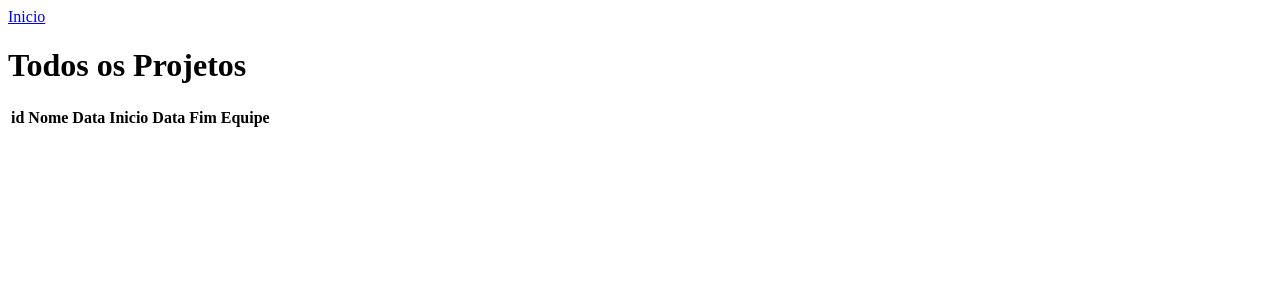
Repository: OmagnetFirel/basico-javaweb
Page: http://localhost/DEVManager/ListarTodosProjetos?np=/listarProjetos.jsp
An editor plug-in stored every save of this project. The page is shown before and after the next save, followed by the edit.
The browser window is 1280 px wide. The pictures show the whole page.
The page is served by Tomcat 9. Other server files are loaded and not shown. Queries for data that is not in the repository find no rows.

Above is the page before, as saved 2023-04-23 17:57:03.

### DEVManager/src/main/webapp/listarProjetos.jsp
<%@ page language="java" contentType="text/html; charset=ISO-8859-1"
    pageEncoding="ISO-8859-1"%>
    <%@ taglib uri="http://java.sun.com/jsp/jstl/core" prefix="c" %>
<!DOCTYPE html>
<html>
<head>
<meta charset="ISO-8859-1">
<title>DM - Todos os projetos</title>
</head>
<body>
	<div>
		<a href="/index.html">Inicio</a>
		<h1>Todos os Projetos</h1>
	</div>

	<table>
		<tr>
			<th>id</th>
			<th>Nome</th>
			<th>Data Inicio</th>
			<th>Data Fim</th>
			<th>Equipe</th>
		</tr>

		<c:forEach var="projeto" items="${projetos}">
			<tr>
				<td>
					${projeto.id}
				</td>
				<td>
					${projeto.nome}
				</td>
				<td>
					${projeto.dataInicio}
				</td>
				<td>
					${projeto.dataFim}
				</td>
				<td>
					${projeto.equipe.nome}
				</td>
			</tr>
		</c:forEach>


	</table>
</body>
</html>

### DEVManager/src/main/java/br/devmanager/controller/ListarTodosProjetos.java
package br.devmanager.controller;

import java.io.IOException;
import java.sql.SQLException;
import java.util.List;

import javax.servlet.RequestDispatcher;
import javax.servlet.ServletException;
import javax.servlet.annotation.WebServlet;
import javax.servlet.http.HttpServlet;
import javax.servlet.http.HttpServletRequest;
import javax.servlet.http.HttpServletResponse;

import br.devmanager.dao.ProjetoDao;
import br.devmanager.model.Projeto;


@WebServlet("/ListarTodosProjetos")
public class ListarTodosProjetos extends HttpServlet {
	private static final long serialVersionUID = 1L;

    public ListarTodosProjetos() {
        super();
    }


	protected void doGet(HttpServletRequest request, HttpServletResponse response) throws ServletException, IOException {
		ProjetoDao pjDAO = new ProjetoDao();
		List<Projeto> projetos = null;
		try {
			projetos = pjDAO.buscarTodos();
		} catch (SQLException e) {
			e.printStackTrace();
		}

		String np = request.getParameter("np");
		request.setAttribute("projetos", projetos);
		RequestDispatcher rd = request.getRequestDispatcher(np);
		rd.forward(request, response);
	}


	protected void doPost(HttpServletRequest request, HttpServletResponse response) throws ServletException, IOException {
		doGet(request, response);
	}

}

### DEVManager/src/main/java/br/devmanager/dao/ProjetoDao.java
package br.devmanager.dao;
import java.util.List;
import java.util.ArrayList;
import java.sql.Connection;
import java.sql.PreparedStatement;
import java.sql.ResultSet;
import java.sql.SQLException;

import br.devmanager.model.Projeto;

public class ProjetoDao {
	private Connection con = null;

	public ProjetoDao() {
		con = ConnectionFactory.getConnection();
	}

	public void adicionar(Projeto projeto) throws SQLException {
		String sql = "insert into projeto(nome, data_inicio, data_fim, equipe_id) values (?,?,?,?)";
		PreparedStatement stmt = con.prepareStatement(sql);

		java.sql.Date data_inicio_Convertida = null;
		try {
			data_inicio_Convertida = new java.sql.Date(projeto.getDataInicio().getTime());
		}catch (Exception e) {
			// TODO: handle exception
		}

		java.sql.Date data_fim_Convertida = null;
		try {
			data_fim_Convertida = new java.sql.Date(projeto.getDataFim().getTime());
		}catch (Exception e) {
			// TODO: handle exception
		}
		stmt.setString(1, projeto.getNome());
		stmt.setDate(2, data_inicio_Convertida);
		stmt.setDate(3, data_fim_Convertida);
		stmt.setInt(4, projeto.getEquipe().getId());

		stmt.execute();
		stmt.close();
		con.close();
	}

	public Projeto buscarUm(int id) throws SQLException{

		String sql = "select id, nome, data_inicio, data_fim, equipe_id from projeto where id=?";
		PreparedStatement stmt = con.prepareStatement(sql);
		stmt.setInt(1, id);
		ResultSet rs = stmt.executeQuery();

		Projeto projeto = null;

		if(rs.next()) {
			try {
				EquipeDao equipeDao = new EquipeDao();


				projeto = new Projeto(
						rs.getInt("id"),
						rs.getString("nome"),
						rs.getDate("data_inicio"),
						rs.getDate("data_fim"),
						equipeDao.buscarUm(rs.getInt("equipeId"))
						);
			}catch (Exception e) {
				System.out.println("Error: " + e);
			}
		} else {
			System.out.println("Não foi encontrado nem um proje com o id: " + id);
		}
		stmt.close();
		con.close();

		return projeto;

	}

	public List<Projeto> buscarTodos() throws SQLException {
		String sql = "select id, nome, data_inicio, data_fim, equipe_id from projeto";
		PreparedStatement stmt = con.prepareStatement(sql);
		ResultSet rs = stmt.executeQuery();

		List<Projeto> projetos = new ArrayList<Projeto>();
		while(rs.next()) {
			EquipeDao equipeDao = new EquipeDao();

			Projeto projeto = new Projeto(
					rs.getInt("id"),
					rs.getString("nome"),
					rs.getDate("data_inicio"),
					rs.getDate("data_fim"),
					equipeDao.buscarUm(rs.getInt("equipe_id"))
					);

			projetos.add(projeto);
		}

		return projetos;
	}
}

### DEVManager/src/main/java/br/devmanager/dao/ConnectionFactory.java
package br.devmanager.dao;

import java.sql.Connection;
import java.sql.DriverManager;
import java.sql.SQLException;

public class ConnectionFactory {

	public static Connection getConnection() {

		try {
			Class.forName("com.mysql.cj.jdbc.Driver");
		} catch (ClassNotFoundException e1) {
			// TODO Auto-generated catch block
			e1.printStackTrace();
		}


		try {
			return DriverManager.getConnection("jdbc:mysql://localhost:3306/db_star"
					,"root",
					"");
		} catch (SQLException e) {
			System.out.println("trolei aqui");
			e.printStackTrace();
		}
		return null;
	}
}

After the next save:
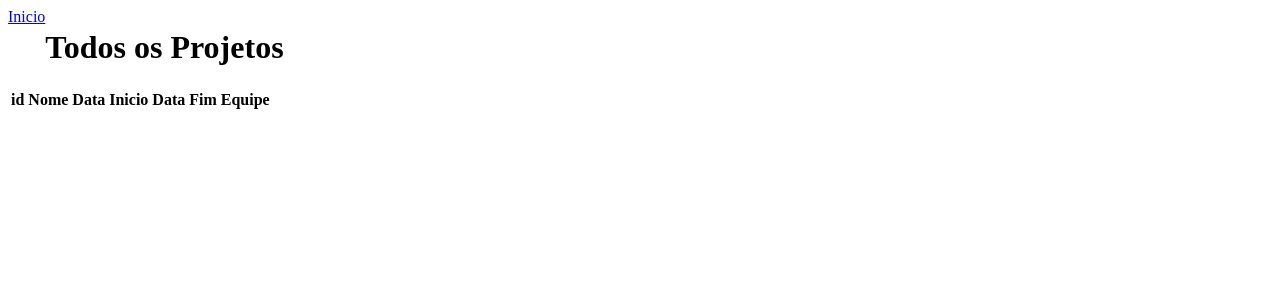
Saved 45 s later.
--- a/DEVManager/src/main/webapp/listarProjetos.jsp
+++ b/DEVManager/src/main/webapp/listarProjetos.jsp
@@ -8,7 +8,7 @@
 <title>DM - Todos os projetos</title>
 </head>
 <body>
-	<div>
+	<div style="display:flex">
 		<a href="/index.html">Inicio</a>
 		<h1>Todos os Projetos</h1>
 	</div>
